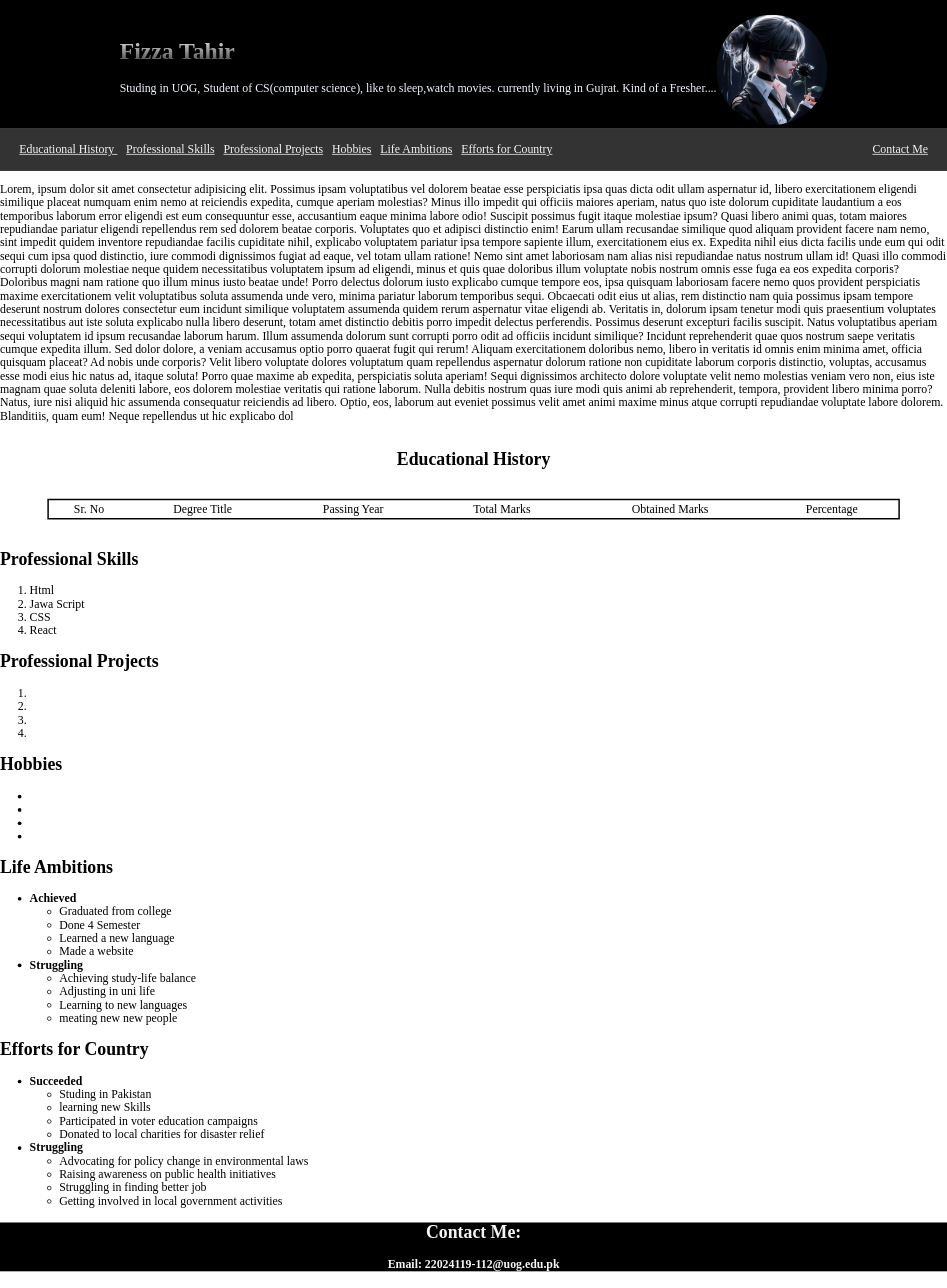
Repository: Fizza-112/project
Page: /
These files come from the project's save history. The page is drawn as it stood at one moment and after the next save; the edit follows.
The browser window is 1280 px wide. The pictures show the whole page, at 74% of full size.
The project was rebuilt for these pictures with package versions that can differ from the ones it lists, and the page was loaded fresh each time. Also part of the build but not shown: vite.config.ts.

Above is the page before, as saved 2024-09-16 09:38:41.

### src/App.tsx

import React from 'react'
import "./App.css"
import profileimg from "./assets/WhatsApp Image 2024-09-06 at 9.05.18 AM.jpeg"

const App = () => {
  return (
    <>
    <header>
    <div> <h1 id='name'>Fizza Tahir</h1>
    <p id="intro">Studing in UOG, Student of CS(computer science), like to sleep,watch movies. currently living in Gujrat. Kind of a Fresher....</p>
    </div>
    <div>
      <img  src={profileimg} alt='image' id="image"/>
    </div>
    </header>
    <nav id="nav">
      <div id="">

  <a href='#EducationalHistory'>Educational History </a>

  <a href='#ProfessionalSkills'>Professional Skills</a>
  <a href="#ProfessionalProjects">Professional Projects</a>
  <a href="#Hobbies">Hobbies</a>
  <a href="#life-ambitions">Life Ambitions</a>
  <a href="#efforts-for-country">Efforts for Country</a>
  </div>
  <div>
  <a href="#Contact-Me">Contact Me</a>
  </div>
</nav>
<p>Lorem, ipsum dolor sit amet consectetur adipisicing elit. Possimus ipsam voluptatibus vel dolorem beatae esse perspiciatis ipsa quas dicta odit ullam aspernatur id, libero exercitationem eligendi similique placeat numquam enim nemo at reiciendis expedita, cumque aperiam molestias? Minus illo impedit qui officiis maiores aperiam, natus quo iste dolorum cupiditate laudantium a eos temporibus laborum error eligendi est eum consequuntur esse, accusantium eaque minima labore odio! Suscipit possimus fugit itaque molestiae ipsum? Quasi libero animi quas, totam maiores repudiandae pariatur eligendi repellendus rem sed dolorem beatae corporis. Voluptates quo et adipisci distinctio enim! Earum ullam recusandae similique quod aliquam provident facere nam nemo, sint impedit quidem inventore repudiandae facilis cupiditate nihil, explicabo voluptatem pariatur ipsa tempore sapiente illum, exercitationem eius ex. Expedita nihil eius dicta facilis unde eum qui odit sequi cum ipsa quod distinctio, iure commodi dignissimos fugiat ad eaque, vel totam ullam ratione! Nemo sint amet laboriosam nam alias nisi repudiandae natus nostrum ullam id! Quasi illo commodi corrupti dolorum molestiae neque quidem necessitatibus voluptatem ipsum ad eligendi, minus et quis quae doloribus illum voluptate nobis nostrum omnis esse fuga ea eos expedita corporis? Doloribus magni nam ratione quo illum minus iusto beatae unde! Porro delectus dolorum iusto explicabo cumque tempore eos, ipsa quisquam laboriosam facere nemo quos provident perspiciatis maxime exercitationem velit voluptatibus soluta assumenda unde vero, minima pariatur laborum temporibus sequi. Obcaecati odit eius ut alias, rem distinctio nam quia possimus ipsam tempore deserunt nostrum dolores consectetur eum incidunt similique voluptatem assumenda quidem rerum aspernatur vitae eligendi ab. Veritatis in, dolorum ipsam tenetur modi quis praesentium voluptates necessitatibus aut iste soluta explicabo nulla libero deserunt, totam amet distinctio debitis porro impedit delectus perferendis. Possimus deserunt excepturi facilis suscipit. Natus voluptatibus aperiam sequi voluptatem id ipsum recusandae laborum harum. Illum assumenda dolorum sunt corrupti porro odit ad officiis incidunt similique? Incidunt reprehenderit quae quos nostrum saepe veritatis cumque expedita illum. Sed dolor dolore, a veniam accusamus optio porro quaerat fugit qui rerum! Aliquam exercitationem doloribus nemo, libero in veritatis id omnis enim minima amet, officia quisquam placeat? Ad nobis unde corporis? Velit libero voluptate dolores voluptatum quam repellendus aspernatur dolorum ratione non cupiditate laborum corporis distinctio, voluptas, accusamus esse modi eius hic natus ad, itaque soluta! Porro quae maxime ab expedita, perspiciatis soluta aperiam! Sequi dignissimos architecto dolore voluptate velit nemo molestias veniam vero non, eius iste magnam quae soluta deleniti labore, eos dolorem molestiae veritatis qui ratione laborum. Nulla debitis nostrum quas iure modi quis animi ab reprehenderit, tempora, provident libero minima porro? Natus, iure nisi aliquid hic assumenda consequatur reiciendis ad libero. Optio, eos, laborum aut eveniet possimus velit amet animi maxime minus atque corrupti repudiandae voluptate labore dolorem. Blanditiis, quam eum! Neque repellendus ut hic explicabo dol</p>
  <div id="EducationalHistory">

    <h2 id="edh">Educational History </h2>
    <table>
  <tr>
    <td>Sr. No</td>
   <td>Degree Title</td>
    <td>Passing Year</td>
    <td>Total Marks</td>
    <td>Obtained Marks</td>
       <td>Percentage</td>
  </tr>
  </table>
  </div>

  <div id="ProfessionalSkills">
<h2>Professional Skills</h2>
<ol>
<li>Html</li>
<li>Jawa Script</li>
<li>CSS</li>
<li>React</li>
</ol>
   </div>

  <div id="ProfessionalProjects">
<h2>Professional Projects</h2>
<ol>
<li></li>
<li></li>
<li></li>
<li></li>
</ol>
   </div>

  <div id="Hobbies">
<h2>Hobbies</h2>
<ul>
<li></li>
<li></li>
<li></li>
<li></li>
</ul>
   </div>

   <div id="life-ambitions">
    <h2>Life Ambitions</h2>
    <ul>
      <li><b>Achieved</b></li>
      <ul>
        <li>Graduated from college</li>
        <li>Done 4 Semester </li>
        <li>Learned a new language</li>
        <li>Made a website </li>
      </ul>
      <li><b>Struggling</b></li>
      <ul>
        <li>Achieving study-life balance</li>
        <li>Adjusting in uni life</li>
        <li>Learning to new languages</li>
        <li>meating new new people</li>
      </ul>
    </ul>
    </div>

    <div id="efforts-for-country">
    <h2>Efforts for Country</h2>
    <ul>
      <li><b>Succeeded</b></li>
      <ul>
        <li>Studing in Pakistan</li>
        <li>learning new Skills</li>
        <li>Participated in voter education campaigns</li>
        <li>Donated to local charities for disaster relief</li>
      </ul>
      <li><b>Struggling</b></li>
      <ul>
        <li>Advocating for policy change in environmental laws</li>
        <li>Raising awareness on public health initiatives</li>
        <li>Struggling in finding better job</li>
        <li>Getting involved in local government activities</li>
      </ul>
    </ul>
  </div>
<div id="Contact-Me">
  <footer id='footer'>
<h2>Contact Me: </h2>
<h4> Email: 22024119-112@uog.edu.pk</h4>
  </footer>
  </div>
    </>
  )
}

export default App

### src/App.css
body{
  margin: 0px;
  padding: 0px;
}
header{
  display: flex;
  align-items: center;
  justify-content: center;
  width: 100%;
  color:aliceblue;
  background-color:black
}
#name{
  background: linear-gradient(#eee, #333);  /* The gradient color */
  -webkit-background-clip: text;       /* Clip the background to the text */
  background-clip: text;              /* For non-WebKit browsers */
  color: transparent;



}
#image{
  width: 150px;
  margin-left: auto !important; /* This pushes the image to the right */
  border-radius: 50%;
  margin-top: 20px;

}
#nav{
  display: flex;
  align-items:center;
  justify-content: space-between;
  padding: 20px;

  background-color: #333;

}
a{
  color:whitesmoke;
  margin: 6px;

}
table{
  border: 2px solid black;
  justify-content:center;
  align-items:center;
  text-align: center;
 width: 90%;
  margin: 20px;


}
#EducationalHistory{
  width:100%;
  display:flex;
  flex-direction: column;
  justify-content: center;
  align-items:center;
}
#footer{
  text-align: center;
  background-color: black;
  color:whitesmoke;
  margin: 20px, 0px 0px, 0px;
  padding:
}

Loaded but not shown: index.html (common file); src/main.tsx (common file); src/index.css (no stored copy; drawn as an empty file)

After the next save:
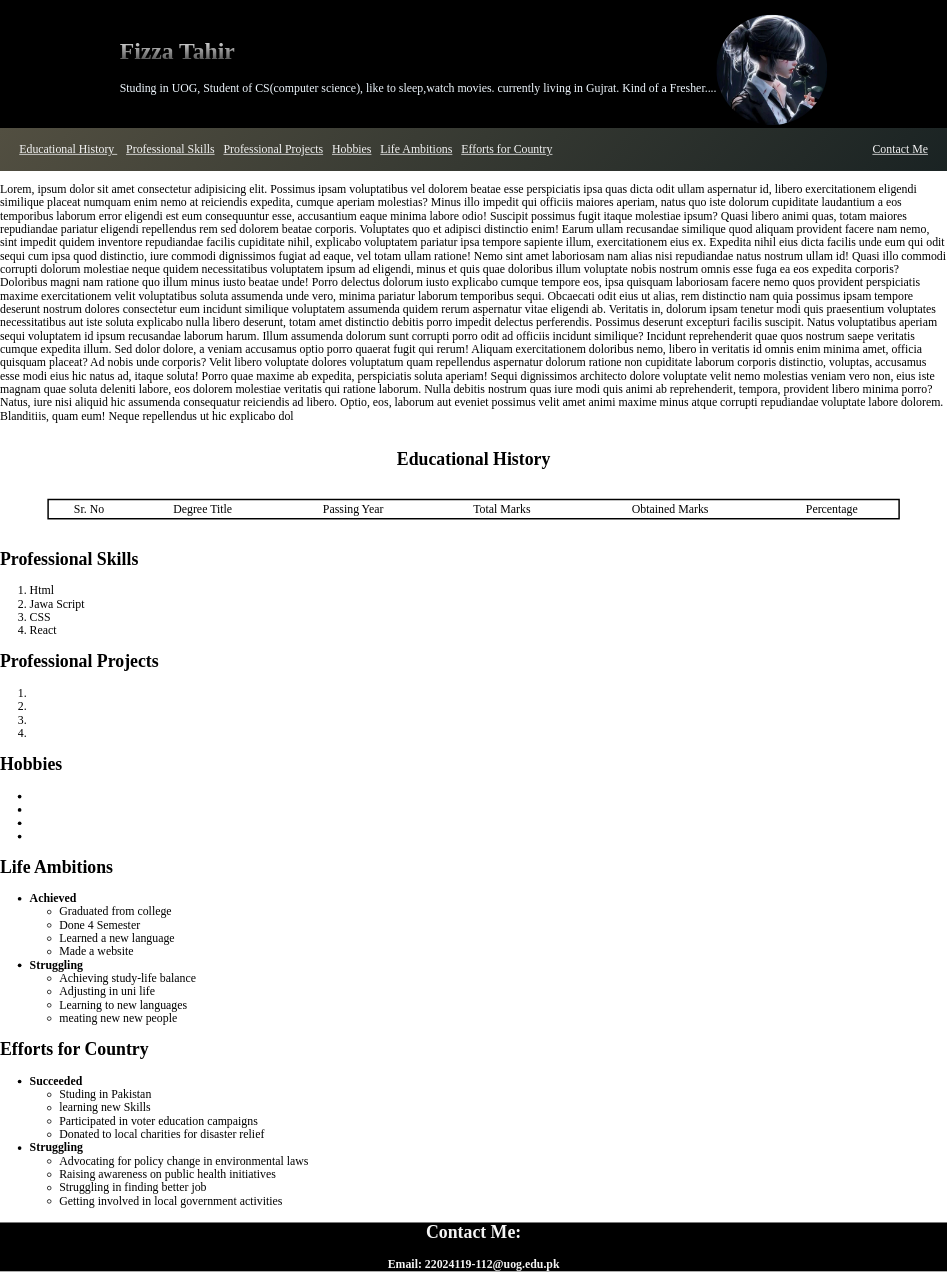
Saved 8 s later.
--- a/src/App.css
+++ b/src/App.css
@@ -30,7 +30,9 @@ header{
   display: flex;
   align-items:center;
   justify-content: space-between;
-  padding: 20px;
+  padding: 20px;background-color: #524f41;
+  background-image: linear-gradient(132deg, #524f41 0%, #1a2323 100%);
+
 
   background-color: #333;
 
